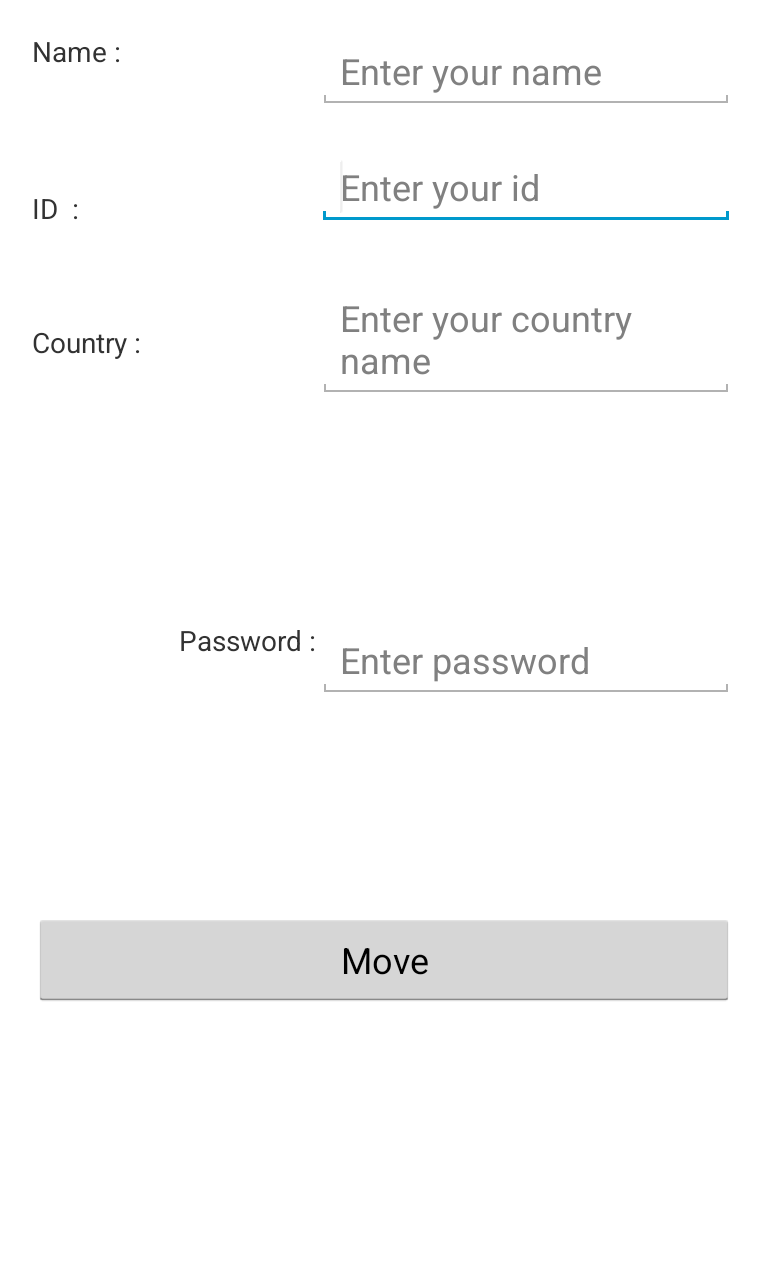
Repository: suzauddola/Android_Apps
Layout: Source/bundle/bandle/res/layout/first.xml
These files come from the project's save history. The layout is drawn as it stood at one moment and after the next save; the edit follows.
It is drawn on a 768 x 1280 px phone screen (xhdpi) without system bars, with theme AppTheme; the app's code is not run.

Above is the layout before, as saved 2013-09-05 02:14:50.

After the next save:
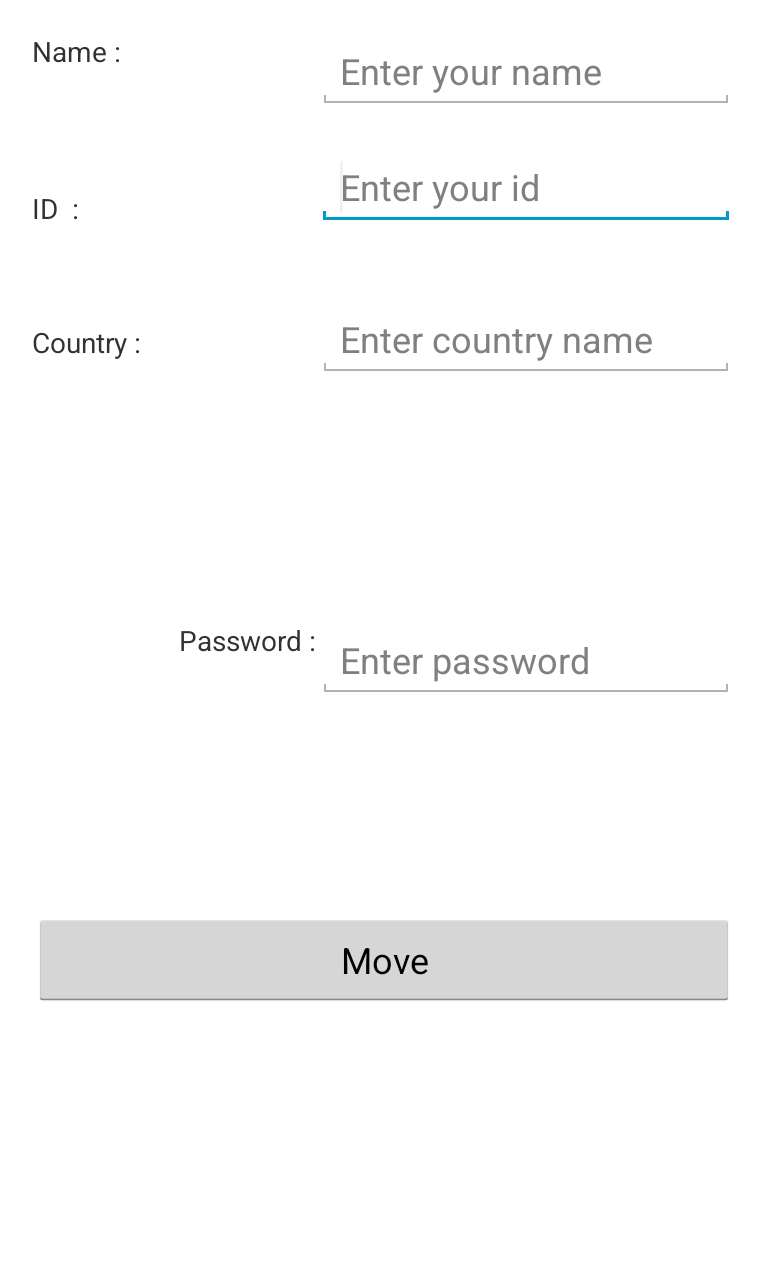
Saved 8 s later.
--- a/Source/bundle/bandle/res/layout/first.xml
+++ b/Source/bundle/bandle/res/layout/first.xml
@@ -70,7 +70,7 @@
         android:layout_alignBottom="@+id/tvCountry"
         android:layout_alignLeft="@+id/etID"
         android:ems="10"
-        android:hint="Enter your country name"/>
+        android:hint="Enter country name"/>
 
     <TextView
         android:id="@+id/tvPassword"
